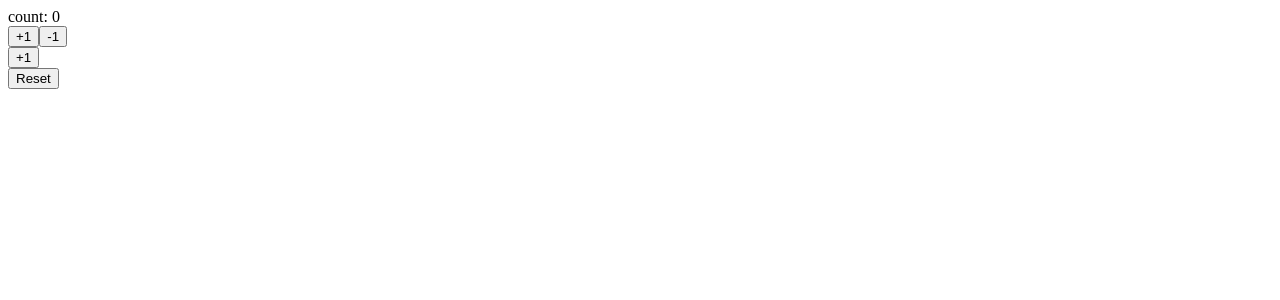
Repository: yujiuehara/my-app
Page: /
The author's editor kept a copy of each file at every save. The page is drawn from the files as they stood at one save, then again after the next save.
The browser window is 1280 px wide. The pictures show the whole page.
The project was rebuilt for these pictures with package versions that can differ from the ones it lists, and the page was loaded fresh each time.

Above is the page before, as saved 2020-05-03 23:26:02.

After the next save:
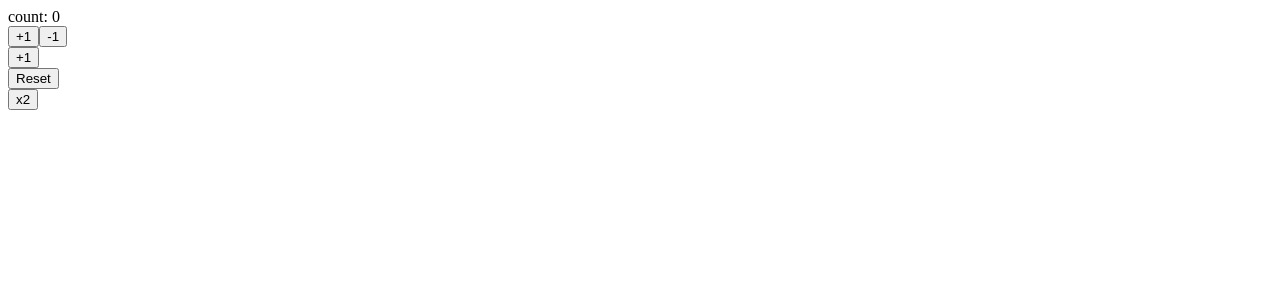
Saved 110 s later.
--- a/src/App.js
+++ b/src/App.js
@@ -27,6 +27,12 @@ const App = ()=> {
     )
   }
 
+  const double = () => {
+    return(
+      setCount(count * 2)
+    )
+  }
+
   return (
     <>
     <div>count: {count}</div>
@@ -38,6 +44,9 @@ const App = ()=> {
     <div>
       <button onClick={reset}>Reset</button>
     </div>
+    <div>
+      <button onClick={double}>x2</button>
+    </div>
     </>
   );
 }
